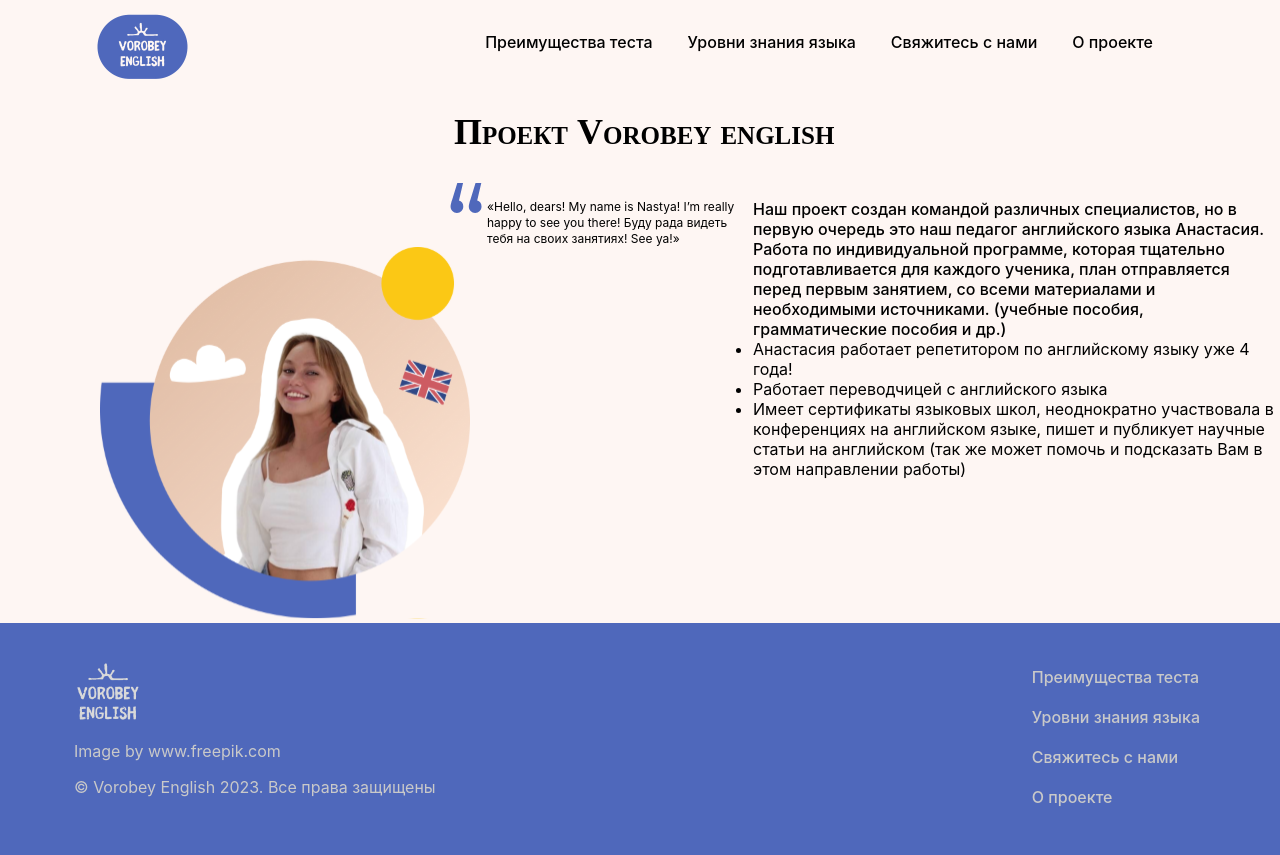
Repository: WladimirVA/PP-01-01_Dandelions
Page: info-customer.html
An editor plug-in stored every save of this project. The page is shown before and after the next save, followed by the edit.
The browser window is 1280 px wide. The pictures show the whole page.

Above is the page before, as saved 2023-03-17 11:32:51.

After the next save:
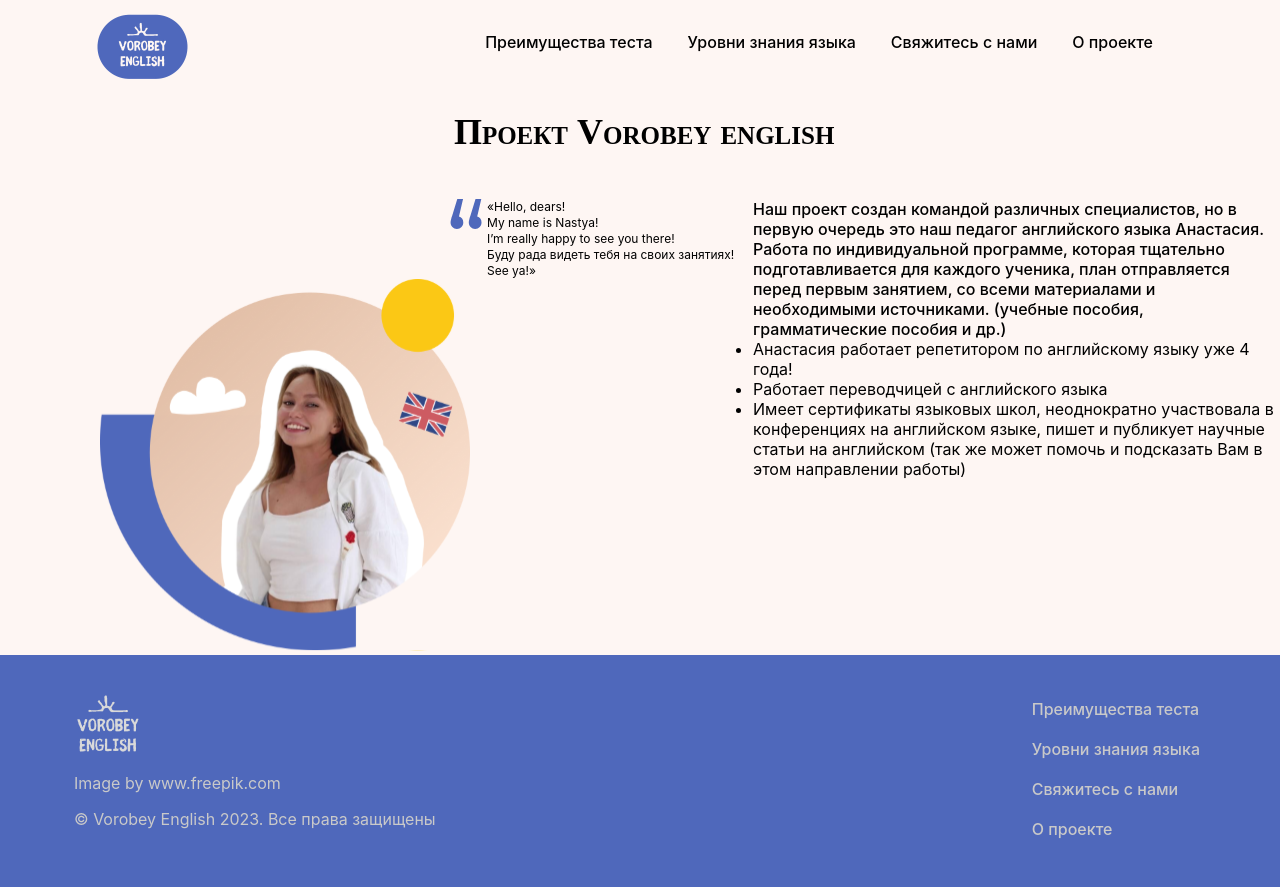
Saved 33 s later.
--- a/info-customer.html
+++ b/info-customer.html
@@ -38,7 +38,7 @@
                     <div class="vorobey">
                         <div class="foto-vorobey">
                             <img src="./static/img/,,.svg">
-                            <p>«Hello, dears! My name is Nastya! I’m really happy to see you there! Буду рада видеть тебя на своих занятиях! See ya!»</p>
+                            <p>«Hello, dears!<br> My name is Nastya! <br>I’m really happy to see you there! <br>Буду рада видеть тебя на своих занятиях! <br>See ya!»</p>
                         </div>
                         <img src="./static/img/Group 88 2 1.svg">
                     </div>
